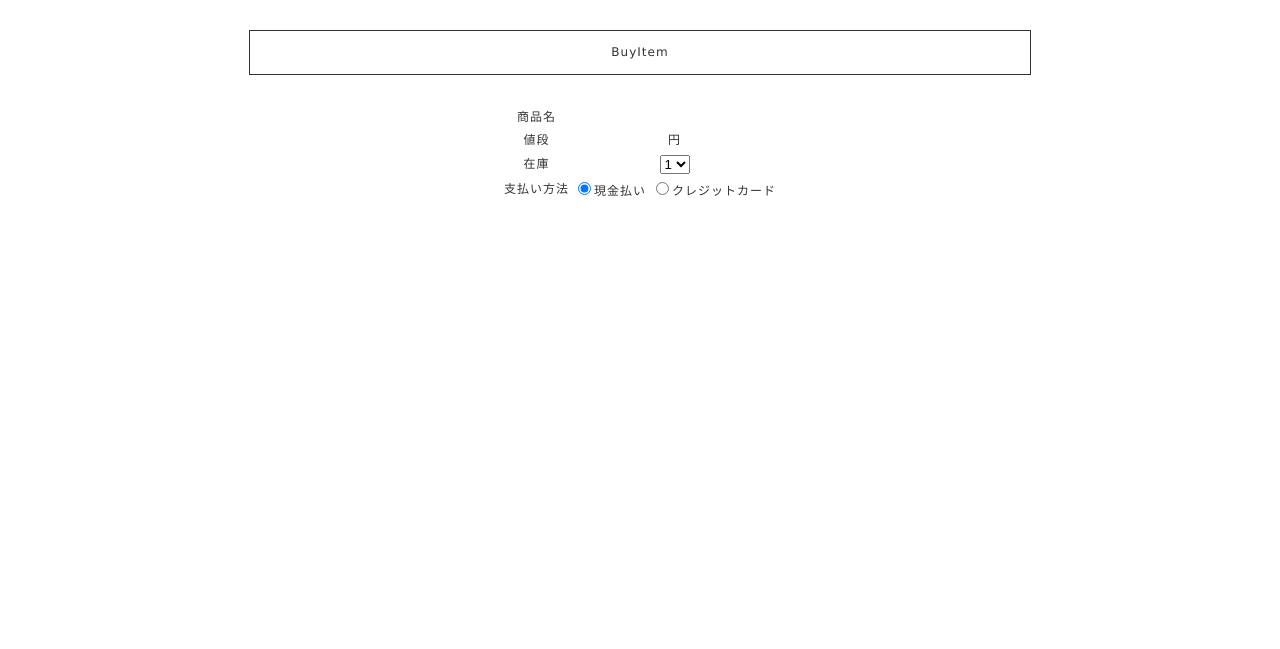
Repository: NoriakiYasumura/test01
Page: http://localhost/template/buyItem.jsp
These files come from the project's save history. The page is drawn as it stood at one moment and after the next save; the edit follows.
The browser window is 1280 px wide. The pictures show the whole page.
The page is served by Tomcat 9. Other server files are loaded and not shown.

Above is the page before, as saved 2019-04-04 05:34:35.

### template/WebContent/buyItem.jsp
<%@ page language="java" contentType="text/html; charset=UTF-8"
    pageEncoding="UTF-8"%>
<%@ taglib prefix="s" uri="/struts-tags" %>
<!DOCTYPE html>
<html>
	<head>
		<meta http-equiv="Content-Type" content="text/html; charset=UTF-8"/>
		<meta http-equiv="Content-Style-Type" content="text/css"/>
		<meta http-equiv="Content-Script-Type" content="text/javasscript"/>
		<meta http-equiv="imagetoolbar" content="no"/>
		<meta name="description" content="""/>
		<meta name="keywords" content=""/>
		<title>buyItem画面</title>

		<style type="text/css">
			/* TAG LAYOUT */
			body{
				margin:0;
				padding:0;
				line-height:1.6;
				letter-spacing:1px;
				font-family:Verdana,Helvetica,sans-serif;
				font-size:12px;
				color:#333;
				background:#fff;
			}
			table{
			text-align:center;
			margin:0 auto;
			}

			/* ID LAYOUT */
			#top{
				width:780px;
				margin:30px auto;
				border:1px solid #333;
			}

			#main{
				width:100%;
				height:500px;
				text-align:center;
			}

			#footer{
				width:100%;
				height:80px;
				background-color:black;
				clear:both;
			}
		</style>
	</head>
	<body>
		<div id="header">
			<div id="pr"></div>
		</div>

		<div id="main">
			<div id="top">
				<p>BuyItem</p>
			</div>
			<div>
				<s:form action="BuyItemAction">
					<table>
						<tr>
							<td>
								<span>商品名</span>
							</td>
							<td>
								<s:property value="session.buyItem_name"/>
							</td>
						</tr>
						<tr>
							<td>
								<span>値段</span>
							</td>
							<td>
								<s:property value="session.buyItem_price"/>
								<span>円</span>
							</td>
						</tr>
						<tr>
							<td>
								<span>在庫</span>
							</td>
							<td>
								<select name="stock">
									<option value="1" selected="selected">1</option>
									<option value="2">2</option>
									<option value="3">3</option>
									<option value="4">4</option>
									<option value="5">5</option>
								</select>
							</td>
						</tr>
						<tr>
							<td>
								<span>支払い方法</span>
							</td>
							<td>
								<input type="radio" name="pay" value="1" checked="checked">現金払い
								<input type="radio" name="pay" value="2">クレジットカード
							</td>
						</tr>
					</table>
				</s:form>
			</div>
		</div>
	</body>
</html>

After the next save:
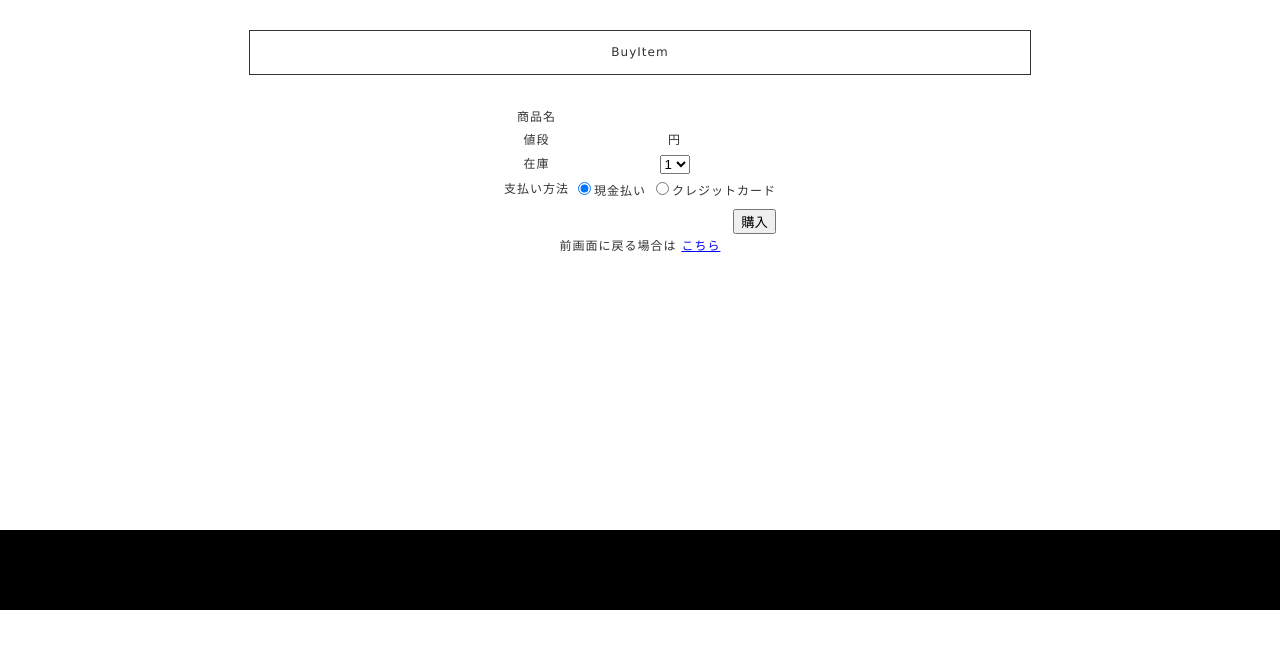
Saved 9 min 8 s later.
--- a/template/WebContent/buyItem.jsp
+++ b/template/WebContent/buyItem.jsp
@@ -102,9 +102,22 @@
 								<input type="radio" name="pay" value="2">クレジットカード
 							</td>
 						</tr>
+						<tr>
+							<td>
+								<s:submit value="購入"/>
+							</td>
+						</tr>
 					</table>
 				</s:form>
+				<div>
+					<span>前画面に戻る場合は</span>
+					<a href='<s:url action="HomeAction"/>'>こちら</a>
+				</div>
 			</div>
+		</div>
+
+		<div id="footer">
+			<div id="pr"></div>
 		</div>
 	</body>
 </html>
